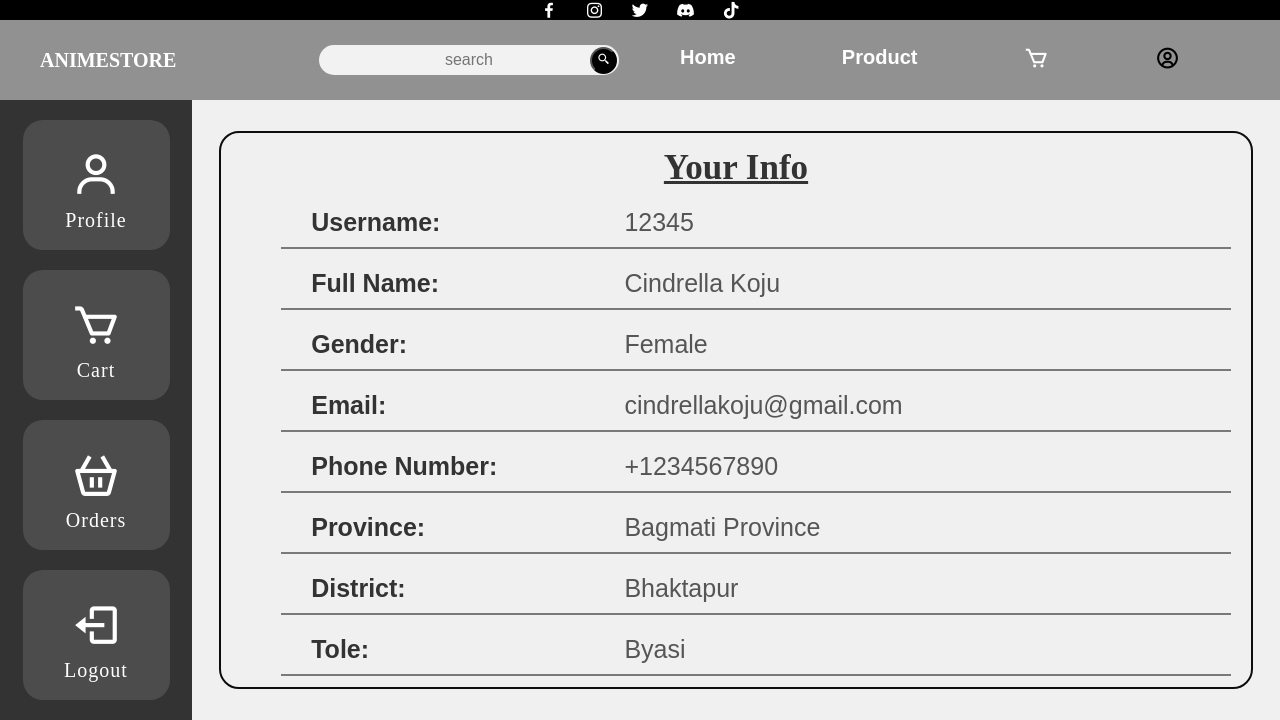
Repository: cindrellakoju/Animestore
Page: html css/withlogin/profile.html
These files come from the project's save history. The page is drawn as it stood at one moment and after the next save; the edit follows.
The browser window is 1280 px wide. The pictures show the whole page.
An inner scrolling area shows only its first screen.

Above is the page before, as saved 2024-04-07 02:04:13.

### html css/withlogin/profile.html
<!DOCTYPE html>
<html lang="en">
<head>
  <meta charset="UTF-8">
  <meta name="viewport" content="width=device-width, initial-scale=1.0">
  <link rel="stylesheet" href="profile.css">
  <link href='https://unpkg.com/boxicons@2.1.4/css/boxicons.min.css' rel="stylesheet">
  <title>Profile</title>
</head>
<body>
    <header>
        <div class="navbar">
           <div class="meta-navbar">
               <a href="https://boxicons.com/?query=fac" target="_blank"><i class='bx bxl-facebook'></i></a>
               <a href="#" target="_blank"><i class='bx bxl-instagram'></i></a>
               <a href="#" target="_blank"><i class='bx bxl-twitter' ></i></a>
               <a href="#" target="_blank"><i class='bx bxl-discord-alt'></i></a>
               <a href="#" target="_blank"><i class='bx bxl-tiktok' ></i></i></a>
           </div>
           <div class="product-navbar">
               <h1>ANIMESTORE</h1>
               <div class="search-bar">
                <form action="">
                    <input type="text" id="search" name="search" placeholder="search">
                    <button type="submit"><i class='bx bx-search-alt-2'></i></button>
                </form>
               </div>
               <div class="menu">
                <ul>
                    <a href="#">Home</a>
                    <a href="store.html">Product</a>
                    <!-- <a href="#"><i class='bx bx-heart'></i></a> -->
                    <a href="cart.html"><i class='bx bx-cart' ></i></a>
                    <a href="myaccount.html" class="myaccount"><i class='bx bx-user-circle'></i></a>
                </ul>
               </div>

           </div>
       </div>
      </header>
  <div class="left-bar">
    <div class="icon">
      <button><a href="profile.html" class="profile"><i class='bx bx-user' ><br><span>Profile</span></i></a></button>
    </div>
    <div class="icon">
      <button><a href="cart.html"><i class='bx bx-cart'><br><span>Cart</span></i></a></button>
    </div>
    <div class="icon">
      <button><a href="order.html"><i class='bx bx-basket' ><br><span>Orders</span></i></a></button>
    </div>
    <div class="icon">
      <button><a href="#"><i class='bx bx-log-out' ><br><span>Logout</span></i></a></button>
    </div>
  </div>
  <div class="right-bar">
    <div class="rectangular-border">
      <div class="user-info">
        <h1>Your Info</h1>
        <div class="info-row">
          <div class="info-label"><strong>Username:</strong></div>
          <div class="info-value">12345</div>
        </div>
        <div class="info-row">
          <div class="info-label"><strong>Full Name:</strong></div>
          <div class="info-value">Cindrella Koju</div>
        </div>
        <div class="info-row">
          <div class="info-label"><strong>Gender:</strong></div>
          <div class="info-value">Female</div>
        </div>
        <div class="info-row">
          <div class="info-label"><strong>Email:</strong></div>
          <div class="info-value">cindrellakoju@gmail.com</div>
        </div>
        <div class="info-row">
          <div class="info-label"><strong>Phone Number:</strong></div>
          <div class="info-value">+1234567890</div>
        </div>
        <div class="info-row">
          <div class="info-label"><strong>Province:</strong></div>
          <div class="info-value">Bagmati Province</div>
        </div>
        <div class="info-row">
          <div class="info-label"><strong>District:</strong></div>
          <div class="info-value">Bhaktapur</div>
        </div>
        <div class="info-row">
          <div class="info-label"><strong>Tole:</strong></div>
          <div class="info-value">Byasi</div>
        </div>
        <div class="changepssword">
          <a href="changepass.html">Change Password</a>
        </div>
      </div>
    </div>
  </div>
</body>
</html>

### html css/withlogin/profile.css
* {
    margin: 0px;
    padding: 0px;
    box-sizing: border-box;
    font-family: "Poppins", sans-serif;
  }

  .navbar {
    width: 100%;
    position: fixed;
    top: 0;
    z-index: 1000;
  }

  /* social media nav bar */
  .meta-navbar {
    height: 20px;
    background-color: black;
    text-align: center;
    font-size: 20px;
    word-spacing: 20px;
  }

  .meta-navbar i {
    color: white;
  }

  .meta-navbar i:hover{
    color: rgb(78, 78, 255);
  }

  /* menu nav bar */
  .product-navbar {
    height: 80px;
    background-color: rgba(0, 0, 0, 0.432);
    display: flex;
    justify-content: space-between;
    align-items: center;
    text-align: center;
  }

  .product-navbar ul {
    display: flex;
  }

  .product-navbar h1 {
    font-size: 20px;
    font-family: cursive;
    margin-left: 40px;
    margin-right: 30px;
    color: white;
  }

  .product-navbar .search-bar input {
    width: 300px;
    height: 30px;
    border: none;
    outline: none;
    background: #f2f2f2;
    border-radius: 30px;
    color: gray;
    font-size: 16px;
    text-align: center;
  }

  .search-bar button {
    height: 27px;
    width: 27px;
    border-radius: 50%;
    text-align: center;
    background-color: rgb(0, 0, 0);
    color: white;
    margin-left: -33px;
    margin-right: 50px;
  }

  .menu {
    display: flex;
    width: 500px;
    justify-content: space-between;
  }
  .menu .myaccount{
    color: black;
  }

  .menu ul {
    flex: 2;
    display: flex;
    justify-content: space-between;
    font-size: 20px;
    margin-left: -100px;
    margin-right: 100px;
    font-weight: bolder;
  }

  .menu ul a {
    color: white;
    text-decoration: none;
  }

  .menu ul a:hover {
    color: purple;
  }

  .menu ul a i {
    font-size: 25px;
  }

  .left-bar {
    position: fixed;
    top: 100px; /* Adjusted top position below the header */
    left: 0;
    background-color: #333;
    display: flex;
    flex-direction: column;
    align-items: center;
    justify-content: space-between;
    height: calc(100vh - 100px); /* Adjusted height below the header */
    width: 15%;
    z-index: 1; /* Ensures the left bar stays on top */
  }

  .icon {
    width: calc(100% - 45px); /* Adjusted width for gap */
    height: calc((100vh - 100px) / 4 - 25px); /* Adjusted height for 4 icons with gap */
    display: flex;
    justify-content: center;
    align-items: center;
    background-color: #555555c2;
    margin-bottom: 20px; /* Added margin for gap */
    border-radius: 20px;
  }
  .icon:first-child {
    margin-top: 20px; /* Margin for the top of the first icon */
  }

  .icon button{
    height: 100%;
    width: 100%;
    border-radius: 20px;
    background-color: transparent;
    border: none;
  }

  button a i{
    margin-top: -10px;
    padding: 40px;
    color: white;
    font-size: 50px;
  }

  button a i span{
    font-size: 20px;
    /* font-weight: bold; */
    font-family: 'Times New Roman', Times, serif;
    letter-spacing: 1px;
    position: relative;
    top: -20px;
  }
  .icon .profile{
    color: palevioletred;
  }
  .icon button:hover{
    background-color: rgb(124, 124, 241);
    cursor: pointer;
    color: black;
  }
  button a i:hover{
    color: black;
  }

  .right-bar {
    background-color: #f0f0f0;
    display: flex;
    justify-content: center;
    align-items: center;
    height: calc(100vh - 100px); /* Adjusted height below the header */
    width: 85%;
    margin-left: 15%;
    margin-top: 100px;
  }

  .rectangular-border {
    width: 95%;
    /* min-height: 300px; Minimum height of the border */
    height: 90%;
    border: 2px solid #0d0d0d;
    border-radius: 20px;
    display: flex;
    flex-direction: column; /* Change to column */
    justify-content: flex-start; /* Start from the top */
    /* align-items: center; */
    padding: 20px; /* Add padding */
    overflow-y: auto; /* Add overflow for scrolling if needed */
  }

  /* Style the scrollbar */
  .rectangular-border::-webkit-scrollbar {
    width: 10px;
  }

  .rectangular-border::-webkit-scrollbar-thumb {
    background-color: #aaa;
    border-radius: 10px;
  }

  .rectangular-border::-webkit-scrollbar-thumb:hover {
    background-color: #888;
  }

  .user-info {
    font-size: 25px;
    color: #333;
  }

  .user-info h1{
    font-family: 'Times New Roman', Times, serif;
    text-align: center;
    font-size: 35px;
    margin-bottom: 20px;
    margin-top: -5px;
    text-decoration: underline;
  }

  .info-row {
    display: flex;
    margin-top: 20px;
    margin-bottom: 15px;
    border-bottom: 2px solid #7b7878; /* Add border after each row */
    padding-bottom: 10px; /* Add padding to separate rows */
    margin-left: 40px;
  }

  .info-label {
    flex: 1;
    text-align: left;
    margin-right: 10px;
    color: #333;
    font-weight: bold;
    margin-left: 30px;
  }

  .info-value {
    flex: 2;
    color: #555;
  }

  .changepssword{
    margin-top: 30px;
  }

  .changepssword a {
    text-align: center;
    color: #007bff;
    text-decoration: none;
    border-bottom: none; /* Remove border from this link */
    margin-left: 40px;
  }

  .changepssword a:hover {
    color: rgb(59, 59, 245);
    text-decoration: underline;
  }

After the next save:
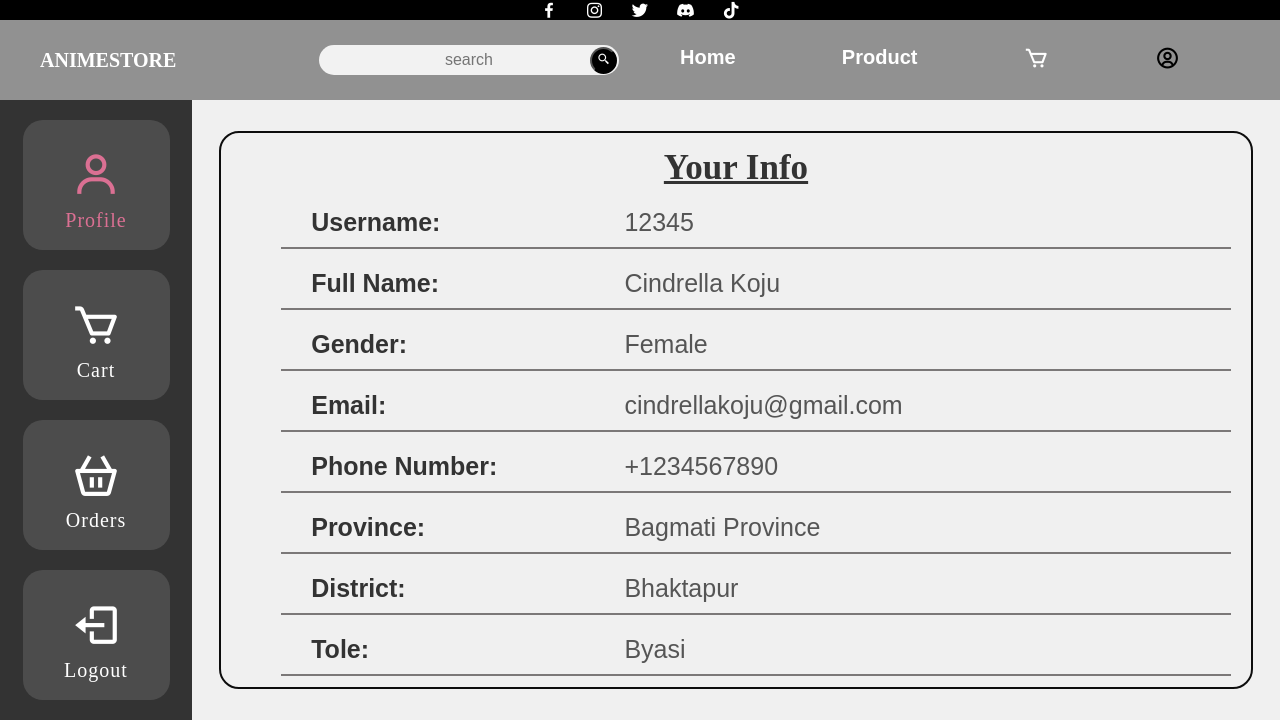
Saved 51 s later.
--- a/html css/withlogin/profile.css
+++ b/html css/withlogin/profile.css
@@ -157,7 +157,7 @@
     position: relative;
     top: -20px;
   }
-  .icon .profile{
+  .icon .profile i{
     color: palevioletred;
   }
   .icon button:hover{
